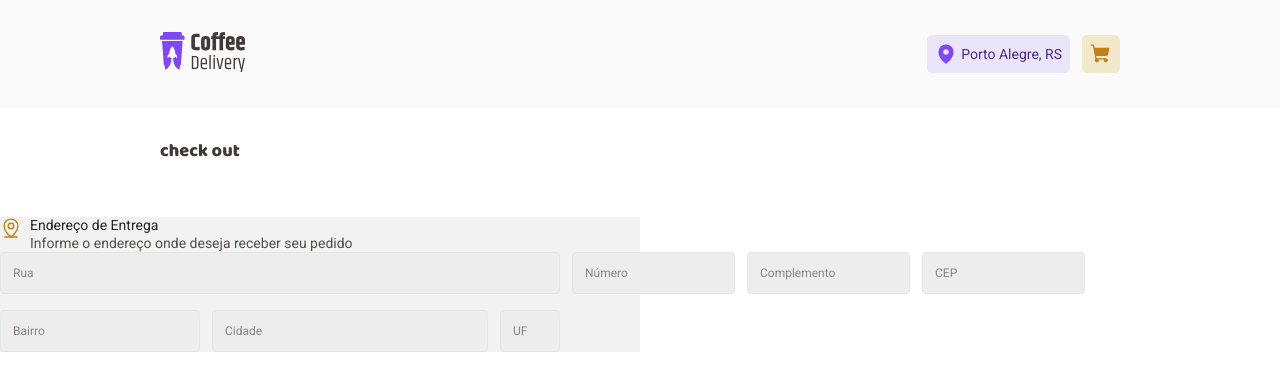
Repository: caueenrico/CoffeDelivery
Page: /checkout
The author's editor kept a copy of each file at every save. The page is drawn from the files as they stood at one save, then again after a run of saves.
The browser window is 1280 px wide. The pictures show the whole page.
The project was rebuilt for these pictures with package versions that can differ from the ones it lists, and the page was loaded fresh each time. Also part of the build but not shown: vite.config.ts, src/components/CoffesOptions/styled.ts, src/components/CoffeCards/styles.ts, src/components/IpuntNumber/styles.ts, src/components/IpuntNumber/index.tsx, src/components/CartOfCard/styles.ts, src/components/CartOfCard/index.tsx, src/utils/formatMoney.ts and 4 more.

Above is the page before, as saved 2022-09-22 15:17:44.

After the next 2 saves:
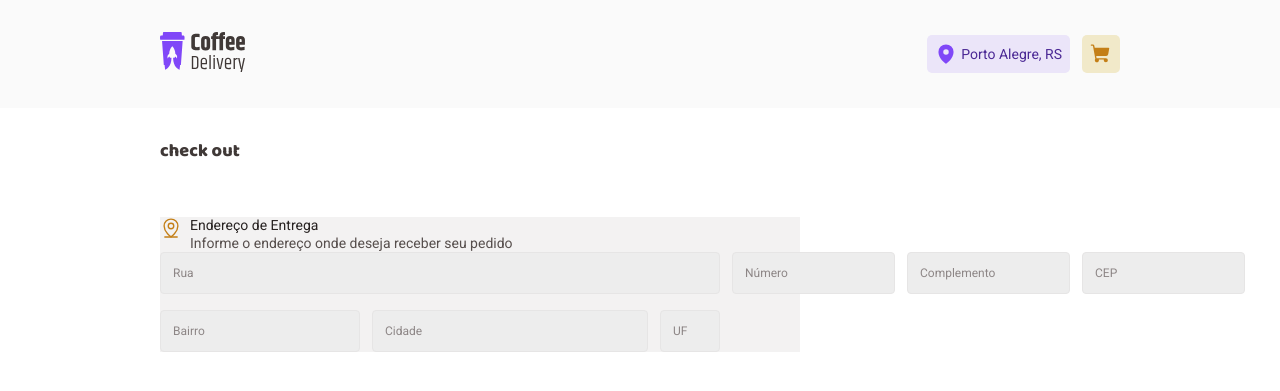
The 2 saves are shown as one change because they came seconds apart.
The last was saved 6 s later.
--- a/src/pages/CheckOut/styles.ts
+++ b/src/pages/CheckOut/styles.ts
@@ -2,7 +2,7 @@ import styled from "styled-components";
 
 export const ContainerCheckOut = styled.div `
 
-  margin-left: ;
+  margin-left: 160px;
   display: flex;
   flex-direction: column;
   max-width: 40rem;
